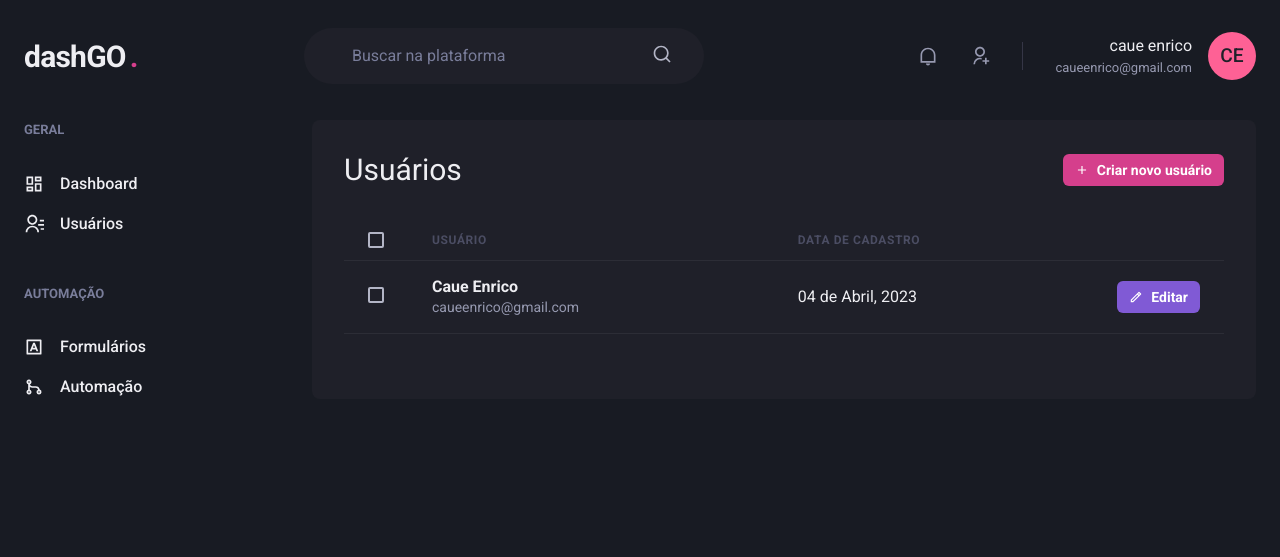
Repository: caueenrico/DashGO
Page: /user
These files come from the project's save history. The page is drawn as it stood at one moment and after the next save; the edit follows.
The browser window is 1280 px wide. The pictures show the whole page.
The project was rebuilt for these pictures with package versions that can differ from the ones it lists, and the page was loaded fresh each time. The framework's server and built-in components were replaced by stand-ins that run in the browser. Also part of the build but not shown: next.config.js.

Above is the page before, as saved 2023-03-15 11:29:19.

After the next save:
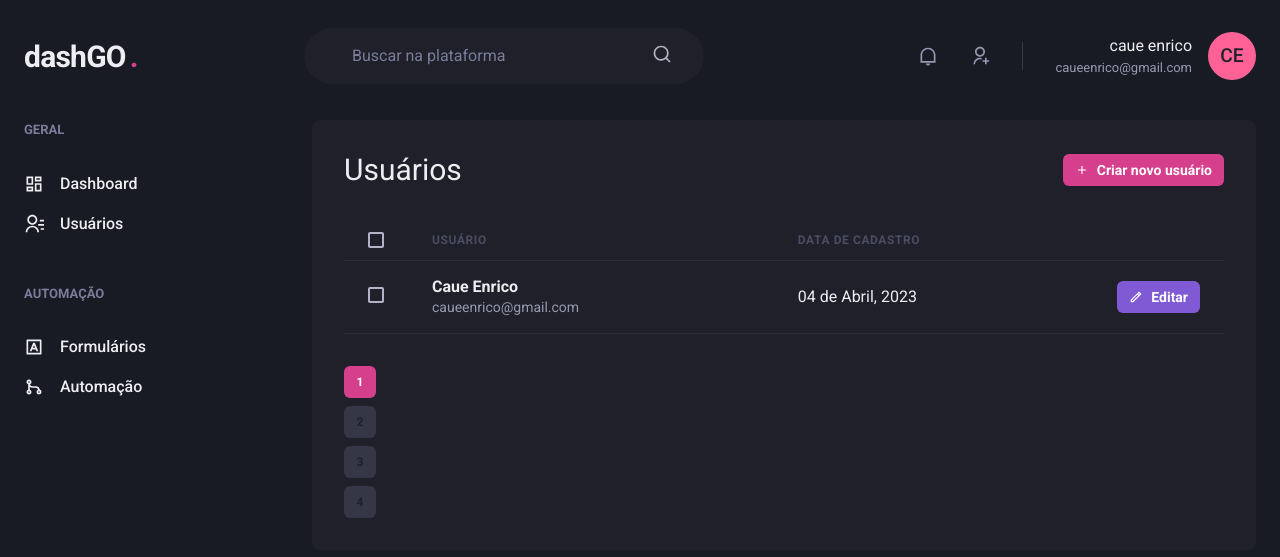
Saved 6 s later.
--- a/src/components/Pagination.tsx
+++ b/src/components/Pagination.tsx
@@ -10,7 +10,60 @@ export function Pagination (){
       spacing="6"
     >
 
+      <Stack>
+      <Button
+        size="sm"
+        fontSize="xs"
+        width="4"
+        colorScheme="pink"
+        disabled
+        _disabled={{
+          bgColor: 'pink.500',
+          cursor: 'default'
+        }}
+      >
+        1
+      </Button>
 
+      <Button
+        size="sm"
+        fontSize="xs"
+        width="4"
+        bgColor="gray.700"
+        _hover={{
+          bgColor: 'gray.500'
+        }}
+
+      >
+        2
+      </Button>
+
+      <Button
+        size="sm"
+        fontSize="xs"
+        width="4"
+        bgColor="gray.700"
+        _hover={{
+          bgColor: 'gray.500'
+        }}
+
+      >
+        3
+      </Button>
+
+      <Button
+        size="sm"
+        fontSize="xs"
+        width="4"
+        bgColor="gray.700"
+        _hover={{
+          bgColor: 'gray.500'
+        }}
+
+      >
+        4
+      </Button>
+      </Stack>
 
     </Stack>
   )
